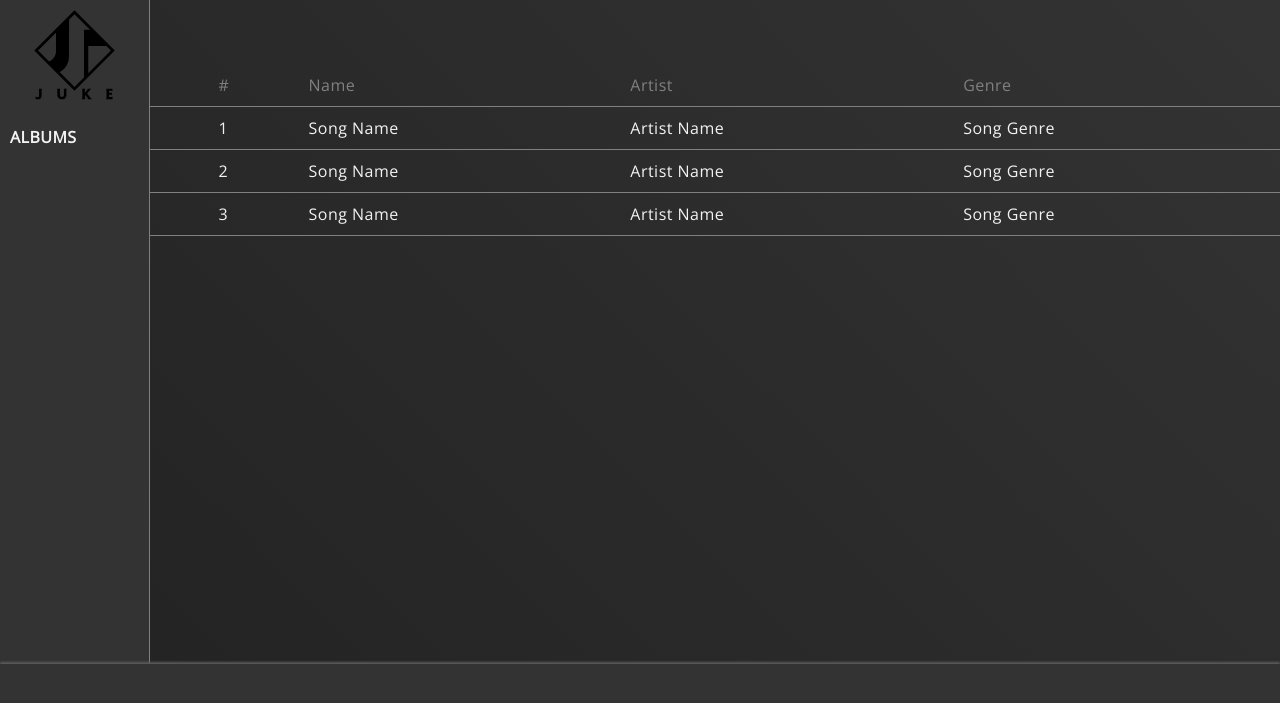
Repository: isiraj/Juke-Box
Page: /
An editor plug-in stored every save of this project. The page is shown before and after the next save, followed by the edit.
The browser window is 1280 px wide. The pictures show the whole page.
Some icons come from a web library that is not loaded, so they are not drawn. The page's requests for data from a server got no answer. The project was rebuilt for these pictures with package versions that can differ from the ones it lists, and the page was loaded fresh each time. No one was signed in, and anything a server would have sent is missing. Also part of the build but not shown: client/components/Album.js, client/components/AllAlbums.js.

Above is the page before, as saved 2021-04-25 00:32:39.

### client/index.html
<!DOCTYPE html>
<html lang="en">
  <head>
    <title>Juke</title>
    <link href="https://fonts.googleapis.com/css?family=Open+Sans" rel="stylesheet">
    <link rel="icon" href="/favicon.ico?v=juke" />
    <link rel="stylesheet" href="/font-awesome.min.css" />
    <link rel="stylesheet" href="/style.css" />
    <script src="/bundle.js" defer></script>
  </head>
  <body>
    <div id="app"></div>
  </body>
</html>

### client/index.js
import React from 'react'
import ReactDOM from 'react-dom'
import Main from './Main'

ReactDOM.render(
  <Main />,
  document.getElementById('app')
)

### client/Main.js
import React from 'react';
import Sidebar from "./components/Sidebar";
import PlayerBar from "./components/PlayerBar";
import AllAlbums from "./components/AllAlbums"
import SingleAlbum from "./components/SingleAlbum"

export default class Main extends React.Component {
  constructor(){
    super()
    this.state = {
      albums:[]
    }
  }

  async componentDidMount(){
    await fetch("/api/albums", {method: "GET"})
    .then(rawData => rawData.json())
    .then(data => {
      console.log(this.state.albums)
      this.setState({albums: Array.from(data)})
      // console.log(data)
    })
  }

  render () {
    return (
      <div id='main' className='row container'>
        <Sidebar />
        {/* <AllAlbums album_data = {this.state.albums}/> */}
        <SingleAlbum album_data = {this.state.albums}/>
        {/* {console.log(this.state.albums)} */}
        <PlayerBar />
      </div>
    )
  }
}

### client/components/Sidebar.js
import React from "react"

class Sidebar extends React.Component {
    constructor(){
        super()
    }

    render(){
        return (
            <div id='sidebar'>
                <img src='juke.svg' id='logo' />
                <section>
                <h4>
                    <a>ALBUMS</a>
                </h4>
                </section>
            </div>
        )
    }
}

export default Sidebar

### client/components/PlayerBar.js
import React from "react"

class PlayerBar extends React.Component{
    constructor(){
        super()
    }

    render(){
        return(
            <div id='player-container'>
                <div id='player-controls'>
                    <div className='row center'>
                    <i className='fa fa-step-backward'></i>
                    <i className='fa fa-pause-circle'></i>
                    <i className='fa fa-step-forward'></i>
                    </div>
                </div>
            </div>
        )
    }
}

export default PlayerBar

### client/components/SingleAlbum.js
import React from 'react'
import Album from './Album'
import Songs from './Songs'

class SingleAlbum extends React.Component{
    constructor(){
        super()
    }

    render(){
        console.log(this.props.album_data[0])
        return(
            <div className='container'>
                <div id='albums' className='row wrap'>
                    {/* <Album key={this.props.album_data[0].id} info = {{album_cover: this.props.album_data[0]["artworkUrl"], album_name: this.props.album_data[0]["name"], artist_name: this.props.album_data[0]["artist"]["name"]}}/> */}
                    {this.props.album_data.map((album) => <Album key={album["id"]} info = {{album_cover: album["artworkUrl"], album_name: album["name"], artist_name: album["artist"]["name"]}}/>)}
                </div>
                <Songs />
            </div>
        )
    }
}

export default SingleAlbum

### client/components/Songs.js
import React from "react"

class Songs extends React.Component{
    constructor(){
        super()
    }

    render(){
        return(
            <table id='songs'>
                <tbody>
                    <tr class='gray'>
                        <td />
                        <td>#</td>
                        <td>Name</td>
                        <td>Artist</td>
                        <td>Genre</td>
                    </tr>
                    <tr>
                        <td><i class='fa fa-play-circle' /></td>
                        <td>1</td>
                        <td>Song Name</td>
                        <td>Artist Name</td>
                        <td>Song Genre</td>
                    </tr>
                    <tr>
                        <td><i class='fa fa-play-circle' /></td>
                        <td>2</td>
                        <td>Song Name</td>
                        <td>Artist Name</td>
                        <td>Song Genre</td>
                    </tr>
                    <tr>
                        <td><i class='fa fa-play-circle' /></td>
                        <td>3</td>
                        <td>Song Name</td>
                        <td>Artist Name</td>
                        <td>Song Genre</td>
                    </tr>
                </tbody>
            </table>

        )
    }
}

export default Songs

### public/style.css
/* tags */
* {
  box-sizing: border-box;
}

body {
  font-family: 'Open Sans', arial,sans-serif;
  padding-bottom: 56px;
  margin: 0;
  height: 100vh;
  width: 100vw;
  background: linear-gradient(45deg, #222, #333);
  background-attachment: fixed;
  color: #f2f2f2;
  letter-spacing: 0.03em;
}

i {
  color: #00aaaa;
  font-size: 2em;
}

p {
  font-size: 14px;
  margin: 0;
}

small {
  font-size: 12px;
  color: darkgray;
}

table {
  border-collapse: collapse;
  width: 100%;
}

table tr:hover {
  background-color: #333;
}

table tr.active {
  background-color: #333;
}

i.fa {
  cursor: pointer;
  font-size: 2em;
  transition: color 0.2s ease;
}

i.fa:hover {
  color: #00aa00;
}

td {
  border-bottom: 1px solid gray;
  padding: 10px;
}

/* ids */
#app {
  height: 100%;
  width: 100%;
  overflow: scroll;
}

#albums {
  margin: 2em;
}

#logo {
  max-height: 100px;
  max-width: 100px;
}

#main > div.container {
  margin-left: 150px;
}

#player-container {
  position: fixed;
  height: 56px;
  width: 100%;
  bottom: 0;
}

#player-controls {
  background-color: #333;
  box-shadow: 0px -2px 2px #5a5a5a;
  height: 100%;
}

#player-controls > div {
  height: 100%;
  align-items: center;
}

#player-controls i {
  font-size: 2em;
  padding: 0 0.5em;
}

#player-controls i:nth-child(2) {
  font-size: 3em;
}

#sidebar {
  min-width: 150px;
  height: 100%;
  background-color: #333;
  border-right: 1px solid gray;
  text-align: center;
  position: fixed;
}

#sidebar img {
  padding-top: 10px;
}

#sidebar section {
  text-align: left;
  padding-left: 10px;
}

#sidebar a {
  transition: border 0.2s ease;
  cursor: pointer;
}

#sidebar a:hover {
  border-bottom: 2px solid #00aaaa;
}

/* classes */
.album {
  margin: 1em;
}

.album img {
  height: 200px;
  width: 200px;
  transition: box-shadow 0.5s ease;
  border-radius: 3px;
}

.album img:hover {
  box-shadow: 2px 2px 2px #5a5a5a;
}

.center {
  justify-content: center;
}

.column {
  display: flex;
  flex-direction: column;
}

.container {
  height: 100%;
  width: 100%;
}

.gray {
  color: gray;
}

.wrap {
  flex-wrap: wrap;
}

.row {
  display: flex;
  flex-direction: row;
}

After the next save:
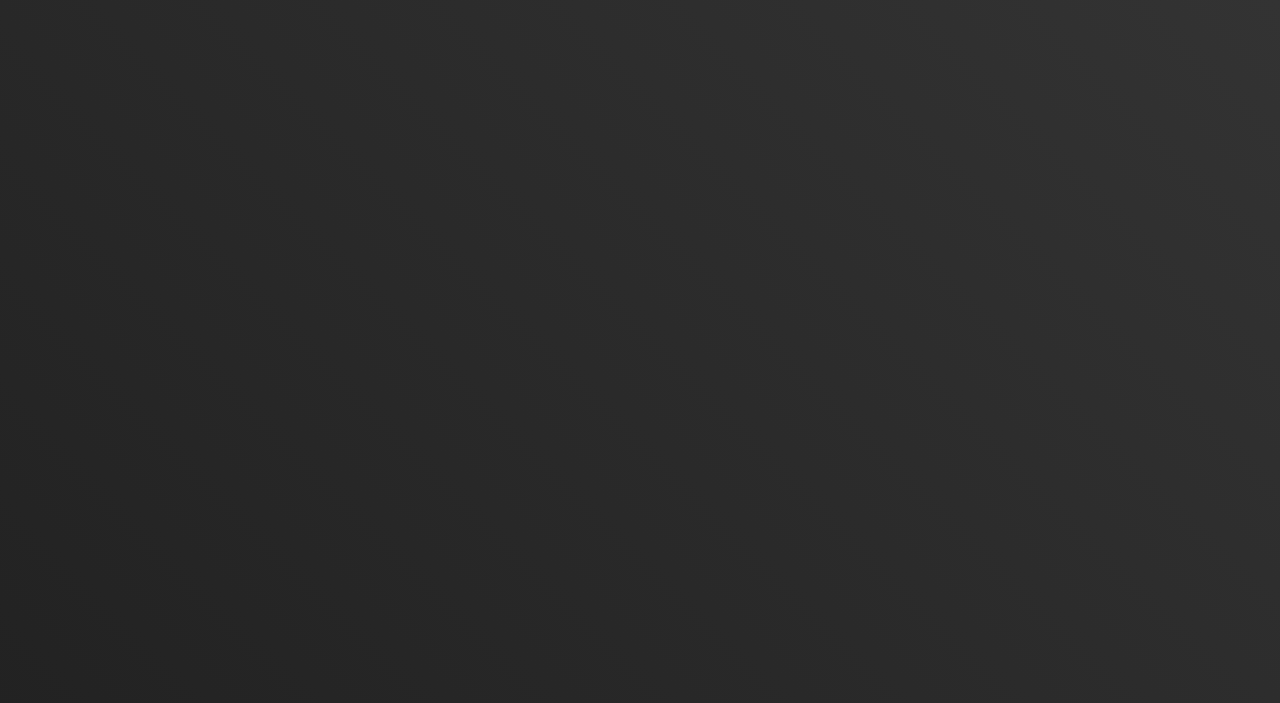
Console error: TypeError: Cannot read properties of undefined (reading '0')
Saved 5 min 54 s later.
--- a/client/components/SingleAlbum.js
+++ b/client/components/SingleAlbum.js
@@ -8,7 +8,7 @@
     }
 
     render(){
-        console.log(this.props.album_data[0])
+        console.log(this.props.album_data[0][0])
         return(
             <div className='container'>
                 <div id='albums' className='row wrap'>

After the save that followed:
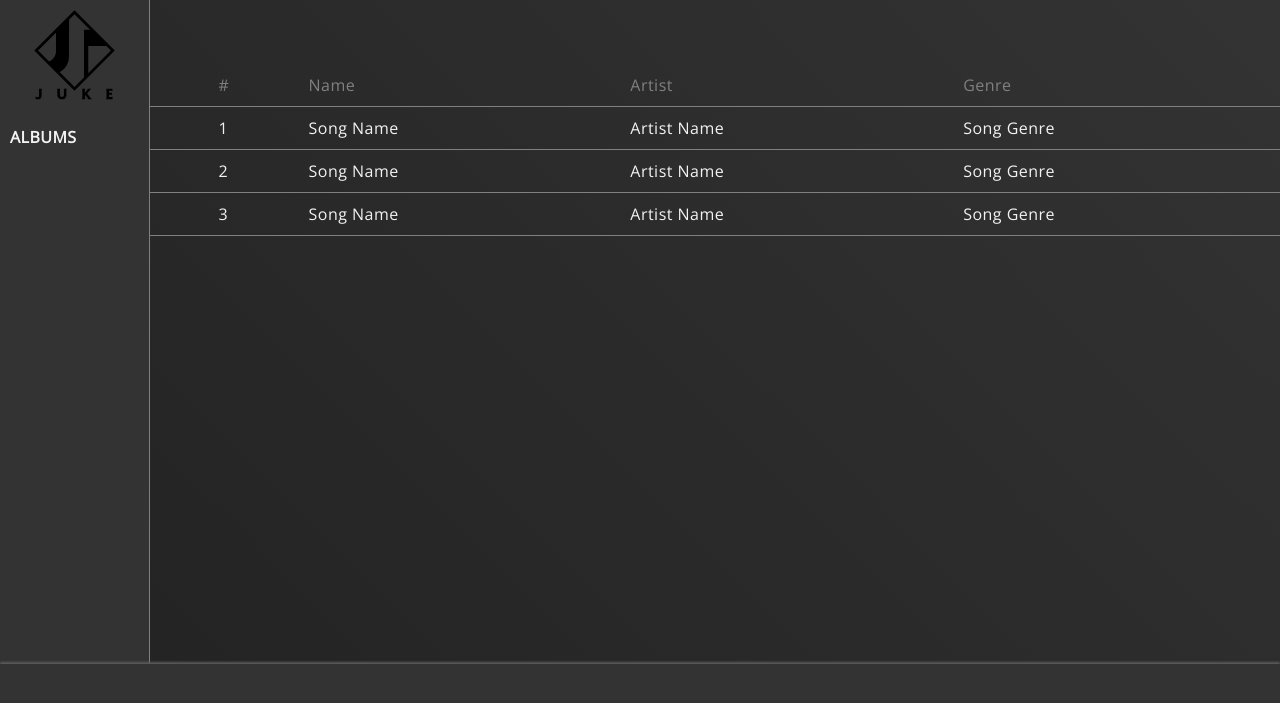
The error is gone.
Saved 20 s later.
--- a/client/components/SingleAlbum.js
+++ b/client/components/SingleAlbum.js
@@ -8,7 +8,7 @@
     }
 
     render(){
-        console.log(this.props.album_data[0][0])
+        console.log(this.props.album_data[0])
         return(
             <div className='container'>
                 <div id='albums' className='row wrap'>
